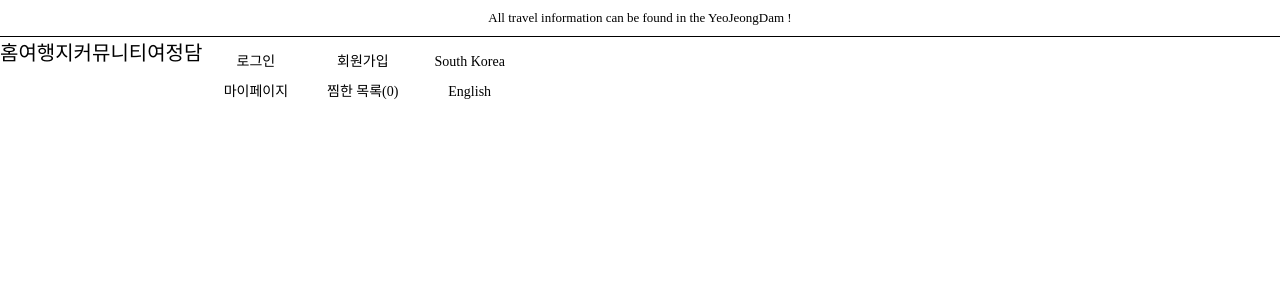
Repository: gaeunlee95/semi
Page: http://localhost/semi/main.jsp
An editor plug-in stored every save of this project. The page is shown before and after a run of saves, followed by the edit.
The browser window is 1280 px wide. The pictures show the whole page.
The page is served by Tomcat 9.

Above is the page before, as saved 2023-12-06 17:01:30.

### semi/src/main/webapp/main.jsp
<%@ page language="java" contentType="text/html; charset=UTF-8"
    pageEncoding="UTF-8"%>
<!DOCTYPE html>
<html>
<head>
<meta charset="UTF-8">
<title>메인 페이지</title>
<link rel="stylesheet" href="resources/css/style.css">
<style>
/* *{
	color: blue;
} */
</style>
</head>
<body>
	<jsp:include page="header.jsp" />
</body>
</html>

### semi/src/main/webapp/header.jsp
<%@ page language="java" contentType="text/html; charset=UTF-8"
    pageEncoding="UTF-8"%>
<%@ taglib uri="http://java.sun.com/jsp/jstl/core" prefix="c" %>
<header>
	<div id = "header">
		<div id="welcome">
			<p>All travel information can be found in the YeoJeongDam !</p>
		</div>
		<nav>
		<div id="menu">
			<div id="mainMenu">
				<ul>
					<li><a href="#">홈</a></li>
					<li><a href="#">여행지</a></li>
					<li><a href="#">커뮤니티</a></li>
					<li><a href="#">여정담</a></li>
				</ul>
			</div>
			<div id="sideMenu">
				<ul id="sideMenu_1">
					<li><a href="#">로그인</a></li>
					<li><a href="#">회원가입</a></li>
					<li><a href="#">South Korea</a></li>
				</ul>
				<ul id="sideMenu_2">
					<li><a href="#">마이페이지</a></li>
					<li><a href="#">찜한 목록(0)</a></li>
					<li><a href="#">English</a></li> <!-- 스크롤로 언어(영어/한국) 선택 -->
				</ul>
			</div>
		</div>
		</nav>
	</div>





  <%-- <nav>
  <c:choose>
    <c:when test="${empty sessionId}">
	    <ul id="topMenu">
	  	  <li><a href="/loginform.do">로그인</a></li>
	  	  <li><a href="/joinform.do">회원가입</a></li>
	  	  <li><a href="/boardlist.do">게시판</a></li>
	  	  <li><a href="/memberlist.do">회원목록</a></li>
	  	</ul>
    </c:when>
    <c:otherwise>
    	<ul id="topMenu">
	  	  <li><a href="/logout.do">(${sessionId}님)로그아웃</a></li>
	  	  <li><a href="/memberview.do?id=${sessionId}">나의 정보</a></li>
	  	  <li><a href="/boardlist.do">게시판</a></li>
	  	  <li><a href="/memberlist.do">회원 목록</a></li>
	  	</ul>
    </c:otherwise>
   </c:choose>
  </nav> --%>
</header>

### semi/src/main/webapp/resources/css/style.css
@charset "UTF-8";
/* 공통 스타일 */
*{margin: 0; padding: 0;}
#container{width: 1024px; margin: 30px auto 100px;}
ul li{list-style: none;}
a{text-decoration: none; color: black;}

/* header 스타일 */
header{
	/*width : 1024px;*/
	width: 100%;
	margin : 0 auto;
}
header #welcome{
	text-align: center;
	border-bottom: 1px solid black;
}
header #welcome p{
	padding: 10px 0;
	font-size: 13px;
}
header nav div{	/*각 mainMenu, sideMenu div에 float를 주어 가로정렬*/ /*nav에 float 주면 가로정렬 되지 않음*/
	float: left;
}
header #mainMenu{
	width: 100%
	line-height: 80px;
}
header #mainMenu ul{
	display: flex;
	justify-content: space-around;
}
header #mainMenu li{
	font-size: 20px;
	color: black;
	/*padding: 0 59px;*/ /* 60px일시, 웹상의 화면비율 조절 시 맨끝 li속성(여정담) 튀어나감 / 원인불명*/
}
header #sideMenu{
	width: 324px;
}
header #sideMenu_1 li a{
	padding-top: 10px;
}
header #sideMenu ul{
	line-height: 30px;
	display: flex;
}
header #sideMenu li{
	font-size: 14px;
	width: 33%;
}
header #sideMenu li a{
	display:flex;
	justify-content: center;
}
header #sideMenu #sideMenu_1 a{
	padding-top: 10px;
}
header #sideMenu #sideMenu_2 a{
	padding-bottom: 10px;
}

/* mainMenu의 경우, li 사이에 동일한 간격을 주기위해 padding 사용 */
/* sideMenu의 경우, padding으로 간격을 줄 시 아래위 li의 위치가 달라짐. 이에 li에 width와 flex요소를 주어 가운데 정렬 시킴 */

/* 구현 1 */
/* 헤더의 width 1024px에서 줄어들 경우, 각 li 사이의 거리 가까워짐*/

/* 구현 2 */
/* mainMenu의 각 li에 마우스 올릴 시, 전체 하위 카테고리 나옴 + 헤더부분의 배경색 변경됨 */
/* mainMenu의 각 li에 마우스 올릴 시, li에 italic, 밑줄표시 */
/* 하단 카테고리 선택 시, 연한 색상 -> 진한 색상으로 변경, italic, 밑줄표시*/

After the next 2 saves:
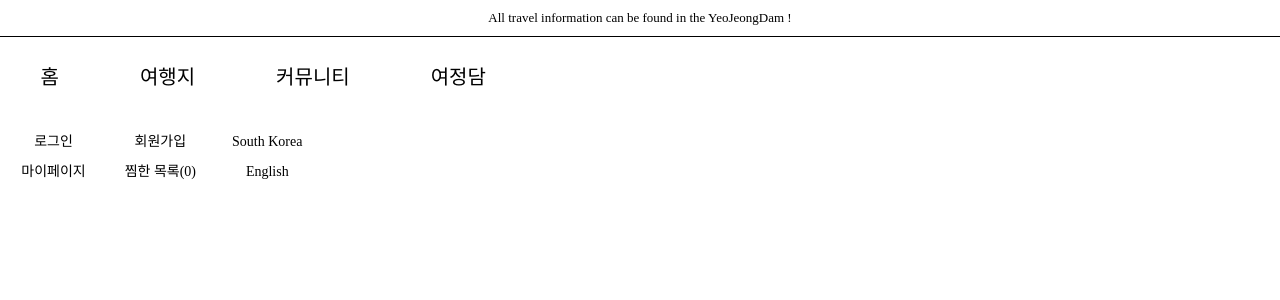
The 2 saves are shown as one change because they came seconds apart.
The last was saved 16 s later.
--- a/semi/src/main/webapp/resources/css/style.css
+++ b/semi/src/main/webapp/resources/css/style.css
@@ -23,7 +23,8 @@ header nav div{	/*각 mainMenu, sideMenu div에 float를 주어 가로정렬*/ /
 	float: left;
 }
 header #mainMenu{
-	width: 100%
+	/*width: 700px;*/
+	width: 100%;
 	line-height: 80px;
 }
 header #mainMenu ul{
